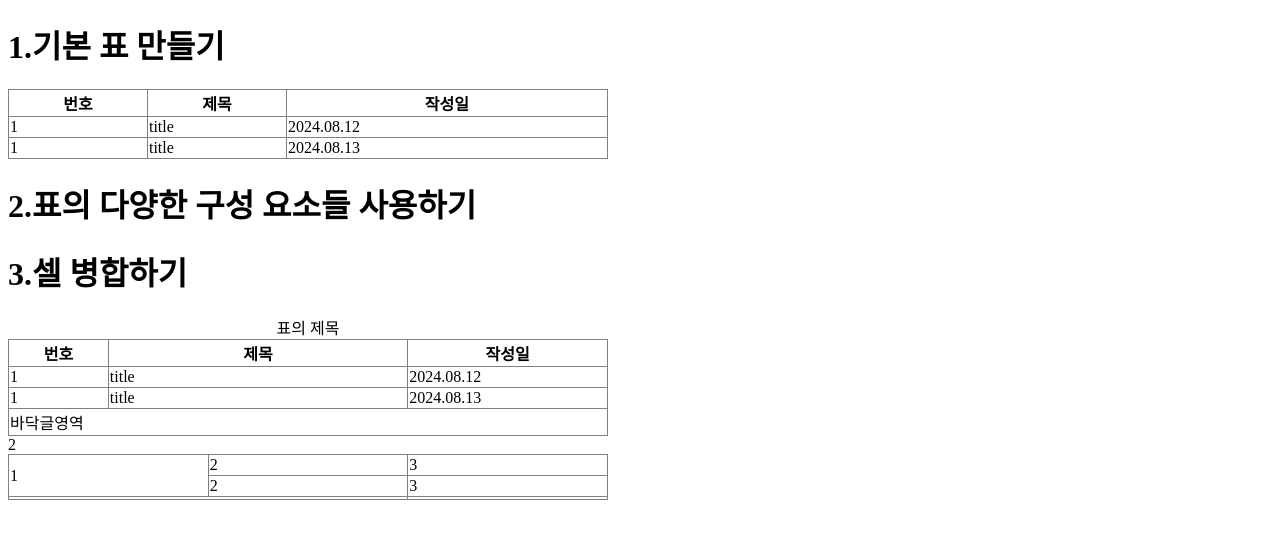
Repository: Junvelop/hkdevelope
Page: Downloads/back_end_edu20240624-master (1)/front_end_20240627/src/main/webapp/html05_표만들기.html
The author's editor kept a copy of each file at every save. The page is drawn from the files as they stood at one save, then again after the next save.
The browser window is 1280 px wide. The pictures show the whole page.

Above is the page before, as saved 2024-08-12 07:05:26.

After the next save:
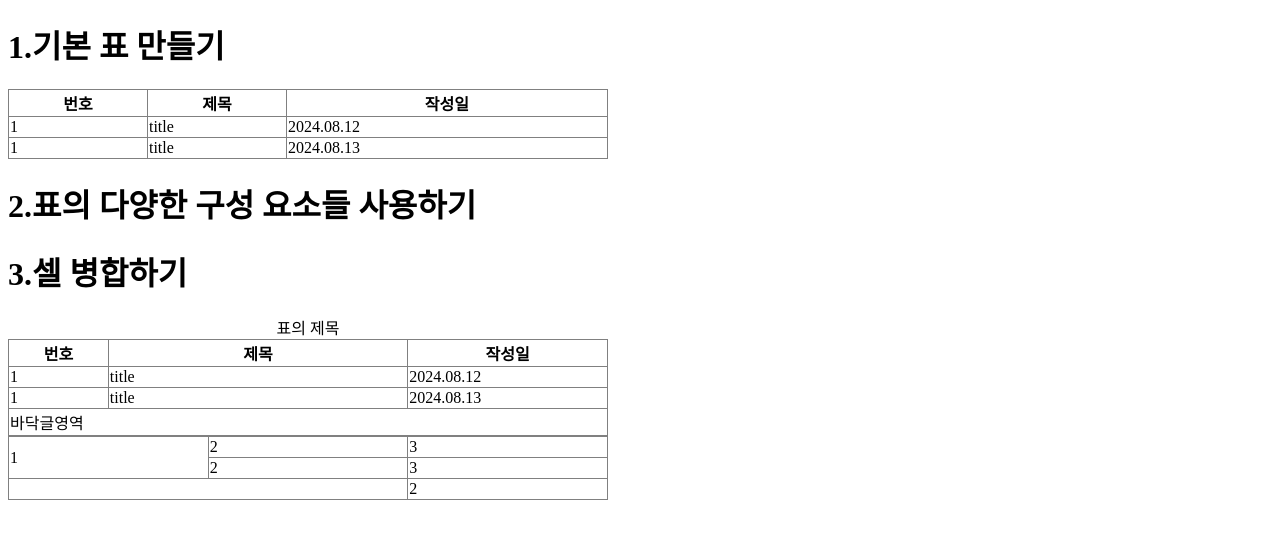
Saved 3 min 30 s later.
--- a/Downloads/back_end_edu20240624-master (1)/front_end_20240627/src/main/webapp/html05_표만들기.html
+++ b/Downloads/back_end_edu20240624-master (1)/front_end_20240627/src/main/webapp/html05_표만들기.html
@@ -40,7 +40,7 @@
 	<table border = "1" class = "tb">
 		<tr>    <td rowspan ="2">1</td>   <td>2</td>  <td>3</td> </tr>
 		<tr>    <td>2</td>      <td>3</td>    </tr>
-		<tr>    <td colspan ="2"></td>2 </td>    </tr>
+		<tr>    <td colspan ="2"></td>   <td> 2 </td>    </tr>
 	</table>
 
 
